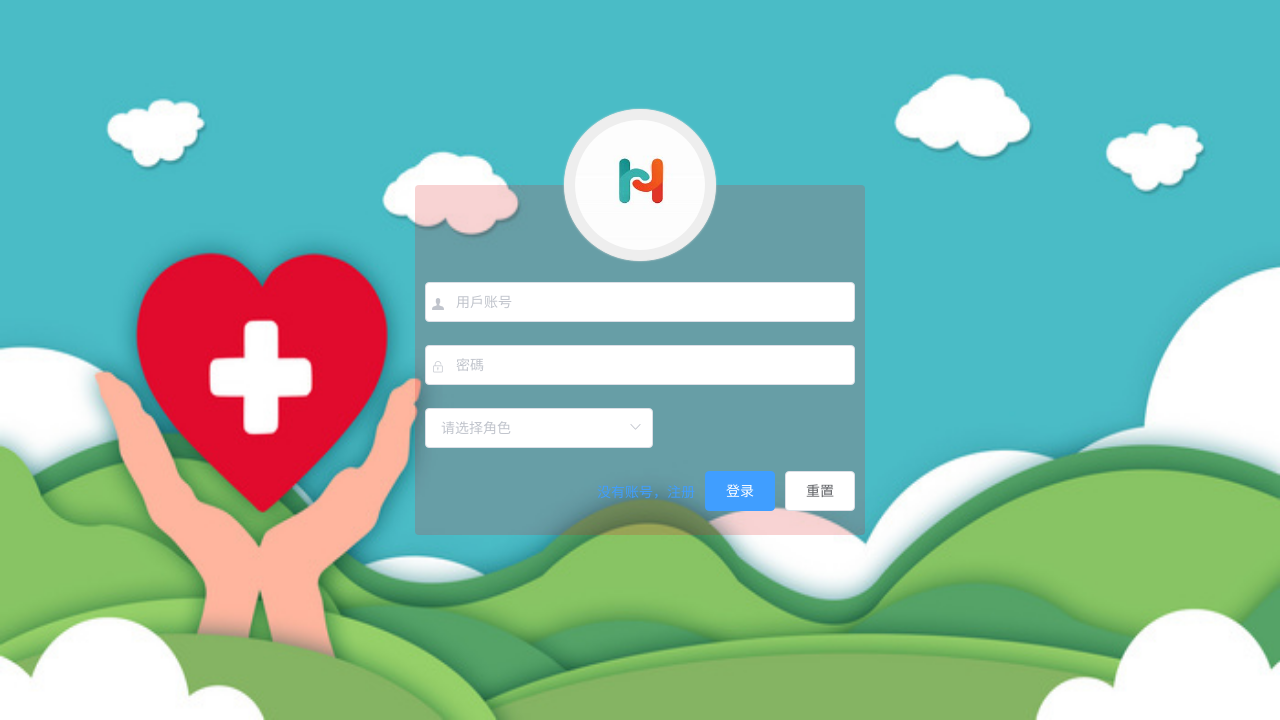
Repository: hyyBubbly/community-web-vue
Page: / (app in community/)
An editor plug-in stored every save of this project. The page is shown before and after the next save, followed by the edit.
The browser window is 1280 px wide. The pictures show the whole page.
The page's requests for data from a server got no answer. The project was rebuilt for these pictures with package versions that can differ from the ones it lists, and the page was loaded fresh each time. No one was signed in, and anything a server would have sent is missing. Also part of the build but not shown: community/vue.config.js, community/src/components/Home.vue, community/src/components/Welcome.vue, community/src/components/User/UserList.vue, community/src/components/admin/WorkerList.vue, community/src/components/community/CommunityList.vue, community/src/components/healthfiles/HealthyData.vue, community/src/components/healthfiles/Healthiness.vue and 14 more.

Above is the page before, as saved 2024-01-28 13:33:35.

After the next save:
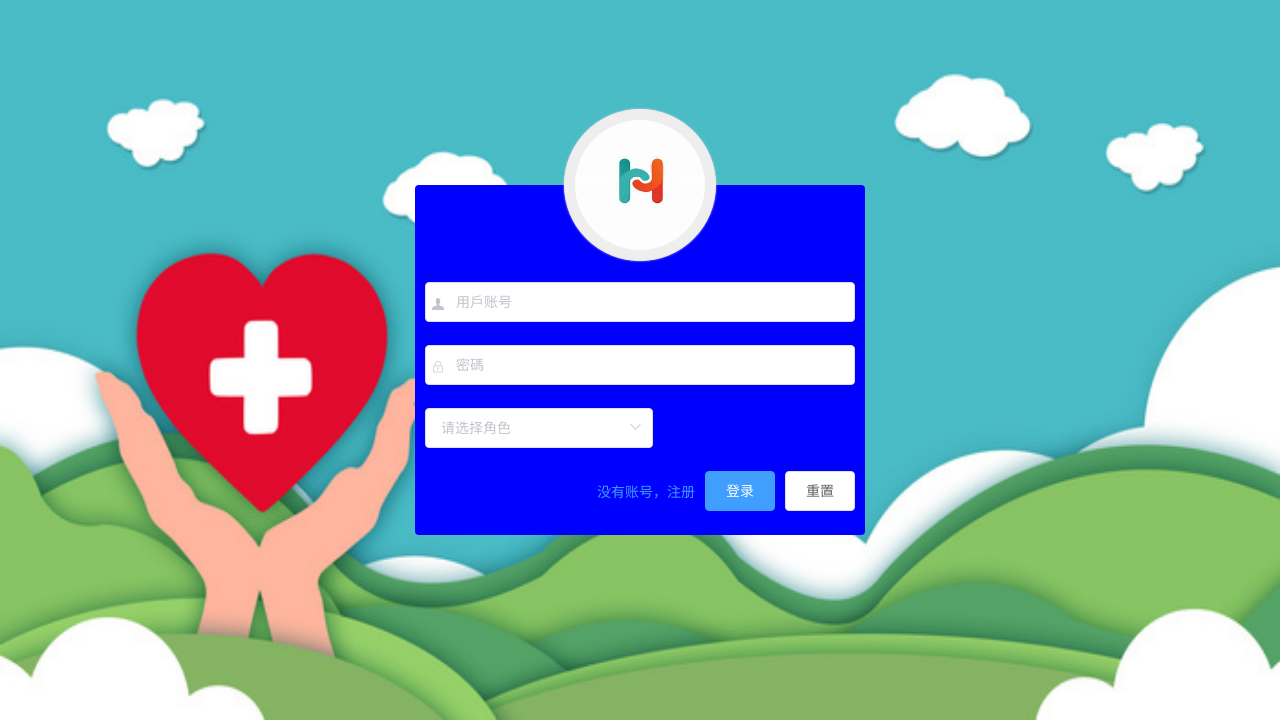
Saved 32 s later.
--- a/community/src/components/Login.vue
+++ b/community/src/components/Login.vue
@@ -238,7 +238,7 @@
   width: 450px;
   height: 350px;
 //   background-color: #fff;
-  background-color:rgba(220,38,38,0.2);
+  background-color:rgba(0, 0, 255, 1);
   border-radius: 4px;
   position: absolute;
   left: 50%;
